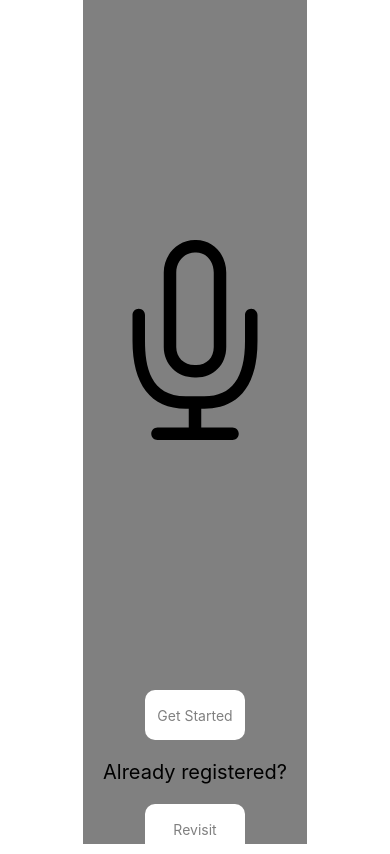
Repository: mortiestmorty1/recordings-app
Screen: / (app in frontend/)
The author's editor kept a copy of each file at every save. The screen is drawn from the files as they stood at one save, then again after the next save.
The app was drawn by React Native's web renderer in a window 390 px wide. The project was rebuilt for these pictures with package versions that can differ from the ones it lists, and the page was loaded fresh each time. Also part of the build but not shown: frontend/components/registerUser.js.

Above is the screen before, as saved 2024-03-07 22:52:52.

After the next save:
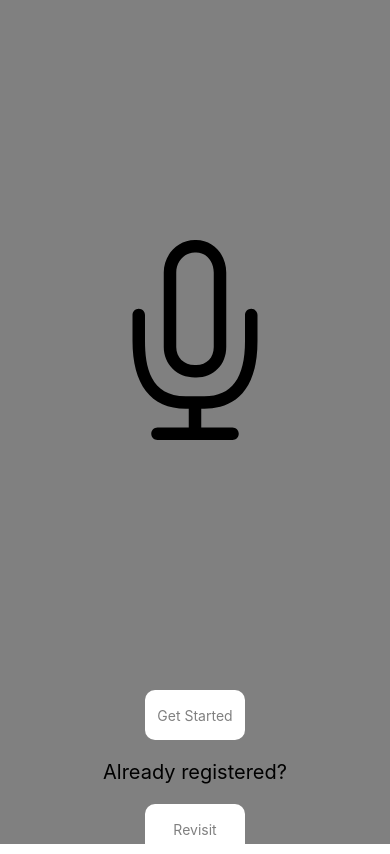
Saved 116 s later.
--- a/frontend/components/firstscreen.js
+++ b/frontend/components/firstscreen.js
@@ -24,6 +24,8 @@ const FirstScreen = () => {
 const styles = StyleSheet.create({
   container: {
     flex: 1,
+    width: '100%', // Ensure the container spans the full width
+    height: '100%',
     justifyContent: 'center',
     alignItems: 'center',
     backgroundColor: 'grey',
